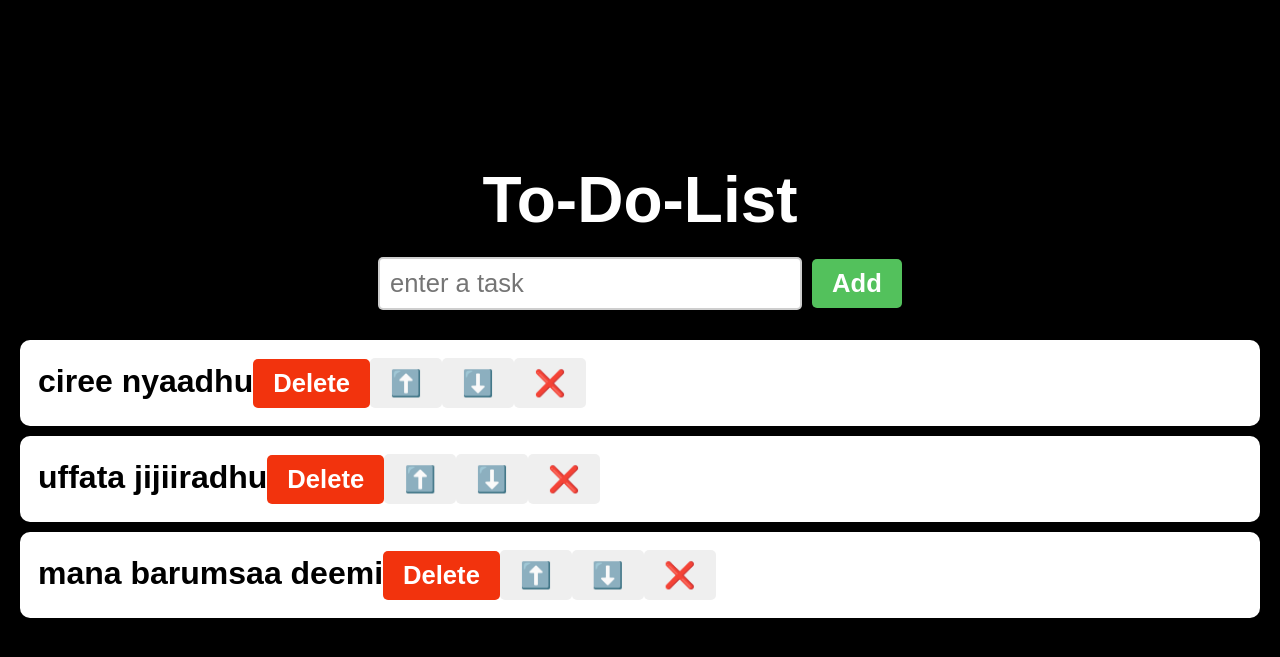
Repository: wakoya-tech/to-do-list-app
Page: /
An editor plug-in stored every save of this project. The page is shown before and after the next save, followed by the edit.
The browser window is 1280 px wide. The pictures show the whole page.
The project was rebuilt for these pictures with package versions that can differ from the ones it lists, and the page was loaded fresh each time. Also part of the build but not shown: vite.config.js, src/App.css.

Above is the page before, as saved 2025-10-16 17:01:48.

### src/App.jsx
import { useState } from 'react'
import './App.css'
import ToDoList from './ToDoList.jsx'
function App() {
 return(<>

 <ToDoList/>
 </>)
}

export default App

### src/index.css
/* ========== GLOBAL STYLES ========== */
body {
  background-color: black;
  color: white;
  font-family: Arial, Helvetica, sans-serif;
  margin: 0;
  padding: 0;
}

/* ========== TO-DO LIST CONTAINER ========== */
.to-do-list {
  text-align: center;
  margin-top: 100px;
  padding: 20px;
}

/* ========== HEADER ========== */
h1 {
  font-size: 4rem;
  margin-bottom: 20px;
  color: white;
}

/* ========== INPUT FIELD ========== */
input[type="text"] {
  font-size: 1.6rem;
  padding: 10px;
  border: 2px solid hsla(0, 0%, 80%, 0.959);
  border-radius: 5px;
  width: 60%;
  max-width: 400px;
  margin-right: 10px;
  outline: none;
}

/* ========== BUTTONS (GENERAL) ========== */
button {
  font-size: 1.6rem;
  font-weight: bold;
  padding: 10px 20px;
  color: white;
  border: none;
  border-radius: 5px;
  cursor: pointer;
  transition: background-color 0.5s ease, transform 0.2s ease;
}

button:hover {
  transform: scale(1.05);
}

/* ========== ADD BUTTON ========== */
.add-button {
  background-color: hsl(125, 47%, 54%);
}

.add-button:hover {
  background-color: hsl(125, 80%, 35%);
}

/* ========== DELETE BUTTON ========== */
.delete-button {
  background-color: hsl(10, 90%, 50%);
}

.delete-button:hover {
  background-color: hsl(10, 85%, 30%);
}

/* ========== MOVE UP/DOWN BUTTONS ========== */
.move-button {
  background-color: hsl(210, 70%, 45%);
}

.move-button:hover {
  background-color: hsl(210, 80%, 25%);
}

/* ========== TASK LIST ========== */
ol {
  padding: 0;
  margin-top: 30px;
  list-style: none;
}

li {
  font-size: 2rem;
  font-weight: bold;
  padding: 15px;
  background-color: white;
  color: black;
  margin-bottom: 10px;
  border: 3px solid hsla(0, 0%, 100%, 0.726);
  border-radius: 10px;
  display: flex;
  align-items: center;
  justify-content: space-between;
}

/* ========== TASK TEXT ========== */
.text {
  flex-grow: 1;
  text-align: left;
}

/* ========== ACTION BUTTON GROUP ========== */
.task-buttons {
  display: flex;
  gap: 10px;
}

/* ========== RESPONSIVE DESIGN ========== */
@media (max-width: 600px) {
  h1 {
    font-size: 2.5rem;
  }

  input[type="text"] {
    width: 80%;
    font-size: 1.2rem;
  }

  button {
    font-size: 1.2rem;
    padding: 8px 12px;
  }

  li {
    flex-direction: column;
    align-items: flex-start;
  }

  .task-buttons {
    margin-top: 10px;
  }
}

### src/ToDoList.jsx
import React,{useState} from 'react'

function ToDoList() {
    const [tasks,setTasks]=useState(["ciree nyaadhu","uffata jijiiradhu","mana barumsaa deemi"])
    const [newTask,setNewTask]=useState("");
    function handleInputChange(e){
      setNewTask(e.target.value)
    }
    function addTask(){

    }
    function deleteTask(index){

    }
    function moveTaskUp(index){

    }
    function moveTaskDown(index){

    }
  return (
    <div className='to-do-list'>
<h1>To-Do-List</h1>
<div>
    <input type="text" placeholder='enter a task'
    value={newTask} onChange={handleInputChange}/>
 <button className='add-button' onClick={addTask}>Add </button>
</div>
<ol>
    {tasks.map((task,index)=><li key={index}>
    <span className='text'>
        {task}
    <button className='delete-button' onChange={deleteTask}>Delete</button>
    <button className='move-up-button'onClick={moveTaskUp}>⬆️</button>
    <button className='move-down-button'onClick={moveTaskDown}>⬇️</button>
    <button onClick={() => deleteTask(index)}>❌</button>
    </span>
    </li>)}
</ol>
    </div>
  )
}

export default ToDoList

Loaded but not shown: index.html (common file); src/main.jsx (common file)

After the next save:
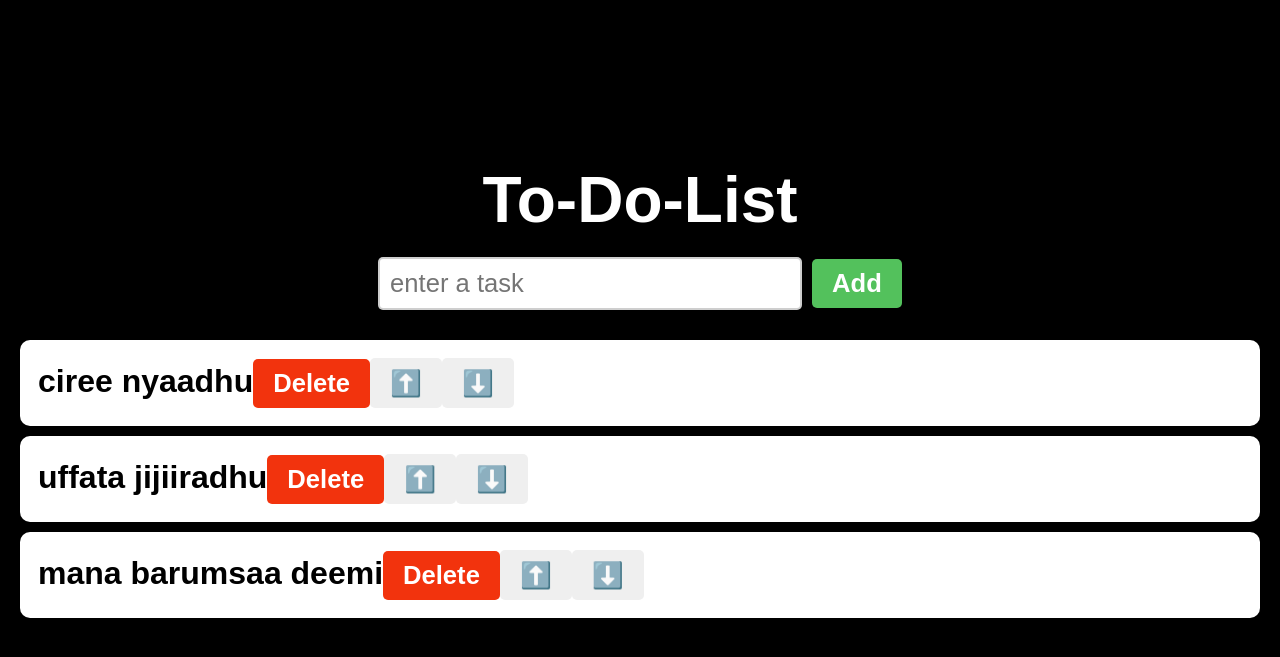
Saved 2 min 31 s later.
--- a/src/ToDoList.jsx
+++ b/src/ToDoList.jsx
@@ -30,10 +30,10 @@ function ToDoList() {
     {tasks.map((task,index)=><li key={index}>
     <span className='text'>
         {task}
-    <button className='delete-button' onChange={deleteTask}>Delete</button>
-    <button className='move-up-button'onClick={moveTaskUp}>⬆️</button>
-    <button className='move-down-button'onClick={moveTaskDown}>⬇️</button>
-    <button onClick={() => deleteTask(index)}>❌</button>
+    <button className='delete-button' onClick={deleteTask(index)}>Delete</button>
+    <button className='move-up-button'onClick={moveTaskUp(index)}>⬆️</button>
+    <button className='move-down-button'onClick={moveTaskDown(index)}>⬇️</button>
+
     </span>
     </li>)}
 </ol>
